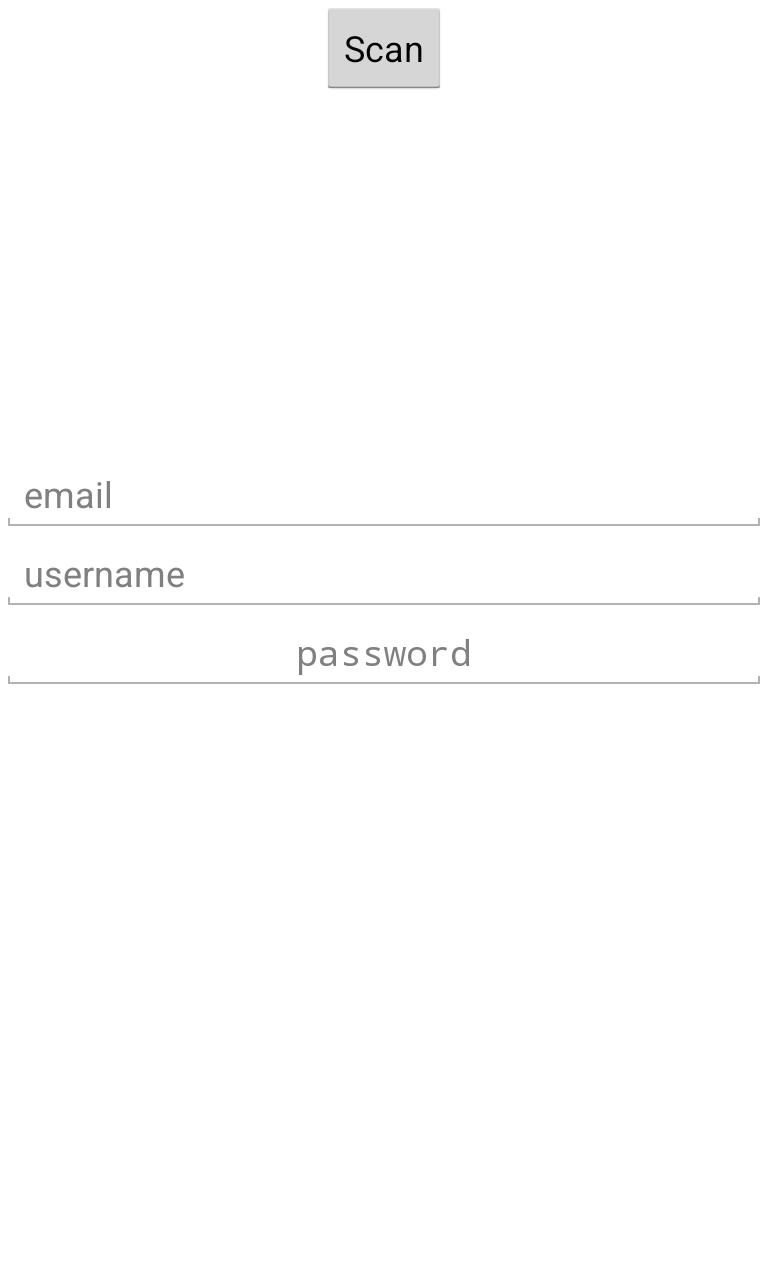
Repository: jessewang129/BarcodeScanner
Layout: nwhack/res/layout/activity_main.xml
An editor plug-in stored every save of this project. The layout is shown before and after a run of saves, followed by the edit.
It is drawn on a 768 x 1280 px phone screen (xhdpi) without system bars, with theme AppTheme; the app's code is not run.

Above is the layout before, as saved 2015-03-15 11:41:48.

### nwhack/res/layout/activity_main.xml
<RelativeLayout xmlns:android="http://schemas.android.com/apk/res/android"
    xmlns:tools="http://schemas.android.com/tools"
    android:layout_width="match_parent"
    android:layout_height="match_parent" >
    <Button android:id="@+id/scan_button"
        android:layout_width="wrap_content"
        android:layout_height="wrap_content"
        android:layout_centerHorizontal="true"
        android:text="@string/scan" />
    <TextView
	    android:id="@+id/scan_format"
	    android:layout_width="wrap_content"
	    android:layout_height="wrap_content"
	    android:textIsSelectable="true"
	    android:layout_centerHorizontal="true"
	    android:layout_below="@id/scan_button" />

	<TextView
	    android:id="@+id/scan_content"
	    android:layout_width="wrap_content"
	    android:layout_height="wrap_content"
	    android:layout_below="@id/scan_format"
	    android:textIsSelectable="true" />

	<TextView
	    android:id="@+id/product_name"
	    android:layout_width="match_parent"
	    android:layout_height="wrap_content"
	    android:layout_alignParentLeft="true"
	    android:layout_below="@+id/scan_content"
	    android:layout_marginTop="50dp"
	    android:textAppearance="?android:attr/textAppearanceLarge" />

	<EditText
	    android:id="@+id/email_address"
	    android:layout_width="fill_parent"
	    android:layout_height="wrap_content"
	    android:layout_alignParentLeft="true"
	    android:layout_below="@+id/product_name"
	    android:layout_marginTop="62dp"
	    android:ems="10"
	    android:hint="@string/email"
	    android:maxLines="1"
	    android:inputType="textEmailAddress" />

    <EditText
        android:id="@+id/user"
        android:layout_width="fill_parent"
        android:layout_height="wrap_content"
        android:layout_alignParentLeft="true"
        android:layout_below="@+id/email_address"
        android:ems="10"
        android:hint="@string/username"
        android:maxLines="1"
        android:inputType="text" />
    <EditText
		android:layout_height="wrap_content"
		android:gravity="center"
		android:password="true"
		android:layout_width="fill_parent"
		android:layout_below="@+id/user"
		android:id="@+id/password"
		android:hint="@string/password"
		android:maxLines="1" />

</RelativeLayout>

### nwhack/res/values/strings.xml
<?xml version="1.0" encoding="utf-8"?>
<resources>

    <string name="app_name">nwhack</string>
    <string name="hello_world">Hello world!</string>
    <string name="action_settings">Settings</string>
	<string name="scan">Scan</string>
	<string name="email">email</string>
	<string name="username">username</string>
	<string name="password">password</string>
	<string name="login">login</string>
</resources>

Loaded but not shown: nwhack/res/values/styles.xml (common file); nwhack/res/values-v11/styles.xml (common file); nwhack/res/values-v14/styles.xml (common file)

After the next 2 saves:
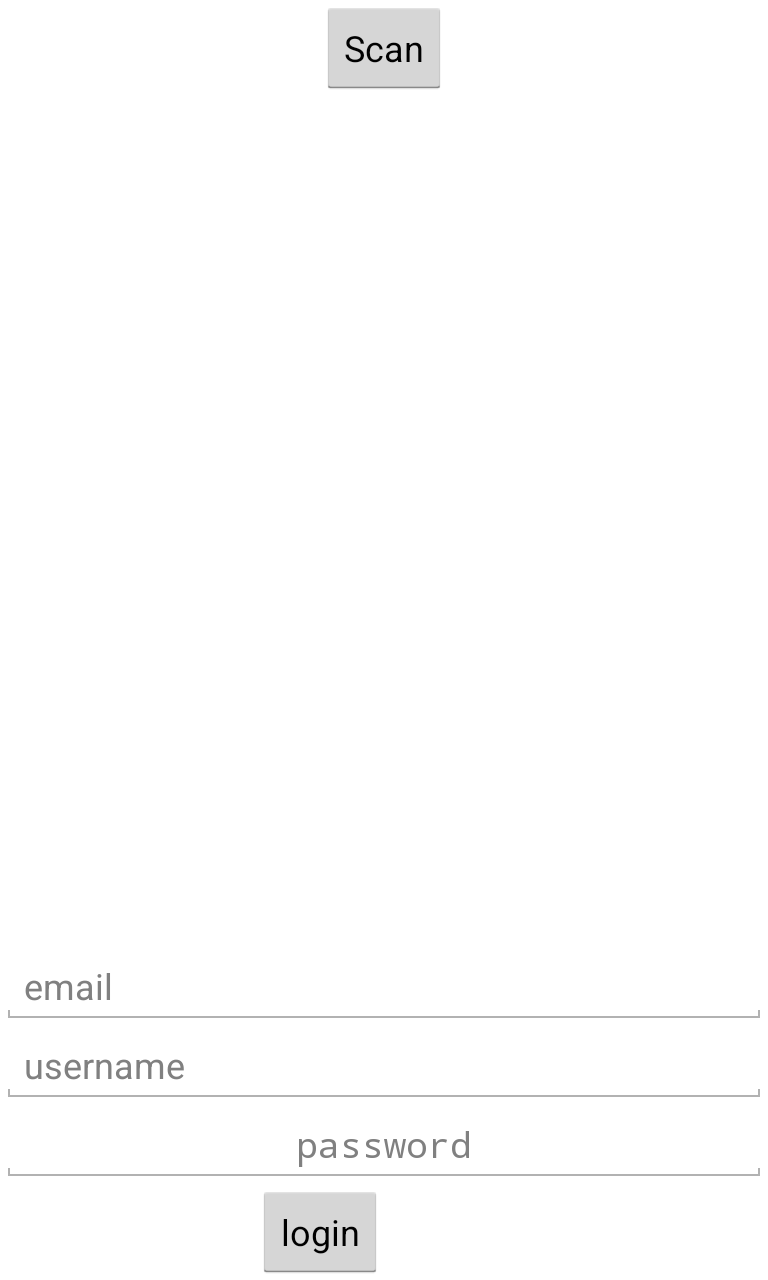
The 2 saves are shown as one change because 1 did not build or start.
The last was saved 3 min 10 s later.
--- a/nwhack/res/layout/activity_main.xml
+++ b/nwhack/res/layout/activity_main.xml
@@ -32,35 +32,45 @@
 	    android:textAppearance="?android:attr/textAppearanceLarge" />
 
 	<EditText
+	    android:id="@+id/password"
+	    android:layout_width="fill_parent"
+	    android:layout_height="wrap_content"
+	    android:layout_above="@+id/login_button"
+	    android:layout_alignParentLeft="true"
+	    android:ems="10"
+	    android:gravity="center"
+	    android:hint="@string/password"
+	    android:maxLines="1"
+	    android:password="true" />
+
+	<EditText
+	    android:id="@+id/user"
+	    android:layout_width="fill_parent"
+	    android:layout_height="wrap_content"
+	    android:layout_above="@+id/password"
+	    android:layout_alignParentLeft="true"
+	    android:ems="10"
+	    android:hint="@string/username"
+	    android:inputType="text"
+	    android:maxLines="1" />
+
+	<EditText
 	    android:id="@+id/email_address"
 	    android:layout_width="fill_parent"
 	    android:layout_height="wrap_content"
+	    android:layout_above="@+id/user"
 	    android:layout_alignParentLeft="true"
-	    android:layout_below="@+id/product_name"
-	    android:layout_marginTop="62dp"
 	    android:ems="10"
 	    android:hint="@string/email"
-	    android:maxLines="1"
-	    android:inputType="textEmailAddress" />
+	    android:inputType="textEmailAddress"
+	    android:maxLines="1" />
 
-    <EditText
-        android:id="@+id/user"
-        android:layout_width="fill_parent"
-        android:layout_height="wrap_content"
-        android:layout_alignParentLeft="true"
-        android:layout_below="@+id/email_address"
-        android:ems="10"
-        android:hint="@string/username"
-        android:maxLines="1"
-        android:inputType="text" />
-    <EditText
-		android:layout_height="wrap_content"
-		android:gravity="center"
-		android:password="true"
-		android:layout_width="fill_parent"
-		android:layout_below="@+id/user"
-		android:id="@+id/password"
-		android:hint="@string/password"
-		android:maxLines="1" />
+	<Button
+	    android:id="@+id/login_button"
+	    android:layout_width="wrap_content"
+	    android:layout_height="wrap_content"
+	    android:layout_alignParentBottom="true"
+	    android:layout_toLeftOf="@+id/scan_format"
+	    android:text="@string/login" />
 
 </RelativeLayout>
